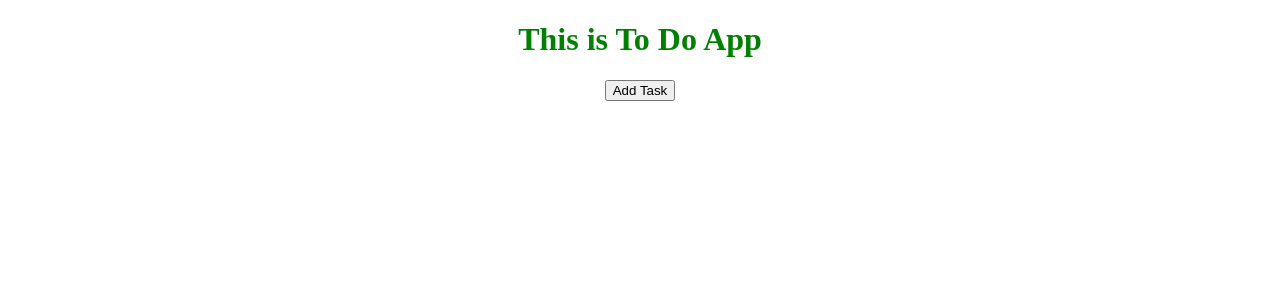
Repository: Gauravyadav678/GcounterApp
Page: / (app in gcounter/)
An editor plug-in stored every save of this project. The page is shown before and after the next save, followed by the edit.
The browser window is 1280 px wide. The pictures show the whole page.
The project was rebuilt for these pictures with package versions that can differ from the ones it lists, and the page was loaded fresh each time. Also part of the build but not shown: gcounter/src/index.css, gcounter/src/components/stopWatch.js, gcounter/src/components/typing.js, gcounter/src/counter.js.

Above is the page before, as saved 2024-10-23 20:05:45.

### gcounter/public/index.html
<!DOCTYPE html>
<html lang="en">
  <head>
    <meta charset="utf-8" />

    <meta name="viewport" content="width=device-width, initial-scale=1" />
    <meta name="theme-color" content="#000000" />


  </head>
  <body>

    <div id="root"></div>
  </body>
</html>

### gcounter/src/App.js

import './App.css';
import StopWatch from './components/stopWatch';
import TodoApp from './components/todoApp';
import TypingWithG from './components/typing';
import CounterApp from './counter';


function App() {
  return (
    <div className="App">
      <>
      {/* <h1>This is the counter App</h1> */}
      {/* <CounterApp/>
      <TypingWithG/> */}
      {/* <StopWatch/> */}
      <TodoApp/>
      </>
    </div>
  );
}

export default App;

### gcounter/src/App.css
.App{
  text-align: center;
  color: green;
}

### gcounter/src/components/todoApp.js

import React, {useState , useEffect} from "react";

function TodoApp(){
    return(
        <>
        <h1>This is To Do App</h1>
        <button>Add Task</button>
        </>
    )
}

export default TodoApp;

Loaded but not shown: gcounter/src/index.js (common file); gcounter/src/reportWebVitals.js (common file)

After the next save:
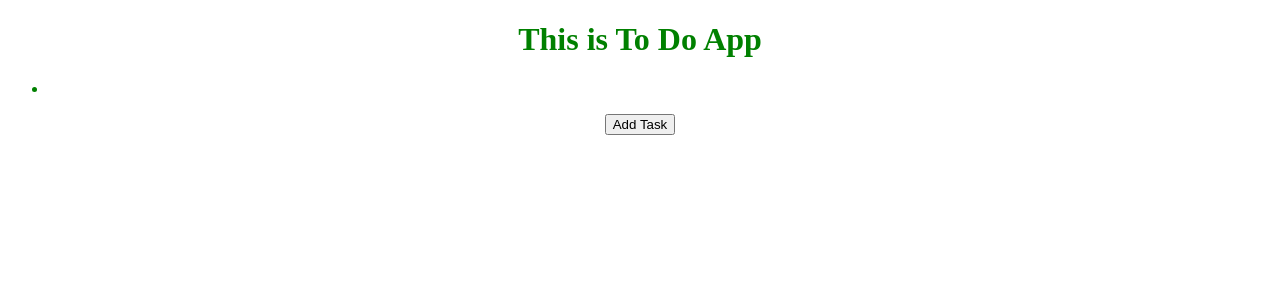
Saved 38 s later.
--- a/gcounter/src/components/todoApp.js
+++ b/gcounter/src/components/todoApp.js
@@ -5,6 +5,11 @@ function TodoApp(){
     return(
         <>
         <h1>This is To Do App</h1>
+        <ul>
+            <li>
+
+            </li>
+        </ul>
         <button>Add Task</button>
         </>
     )
